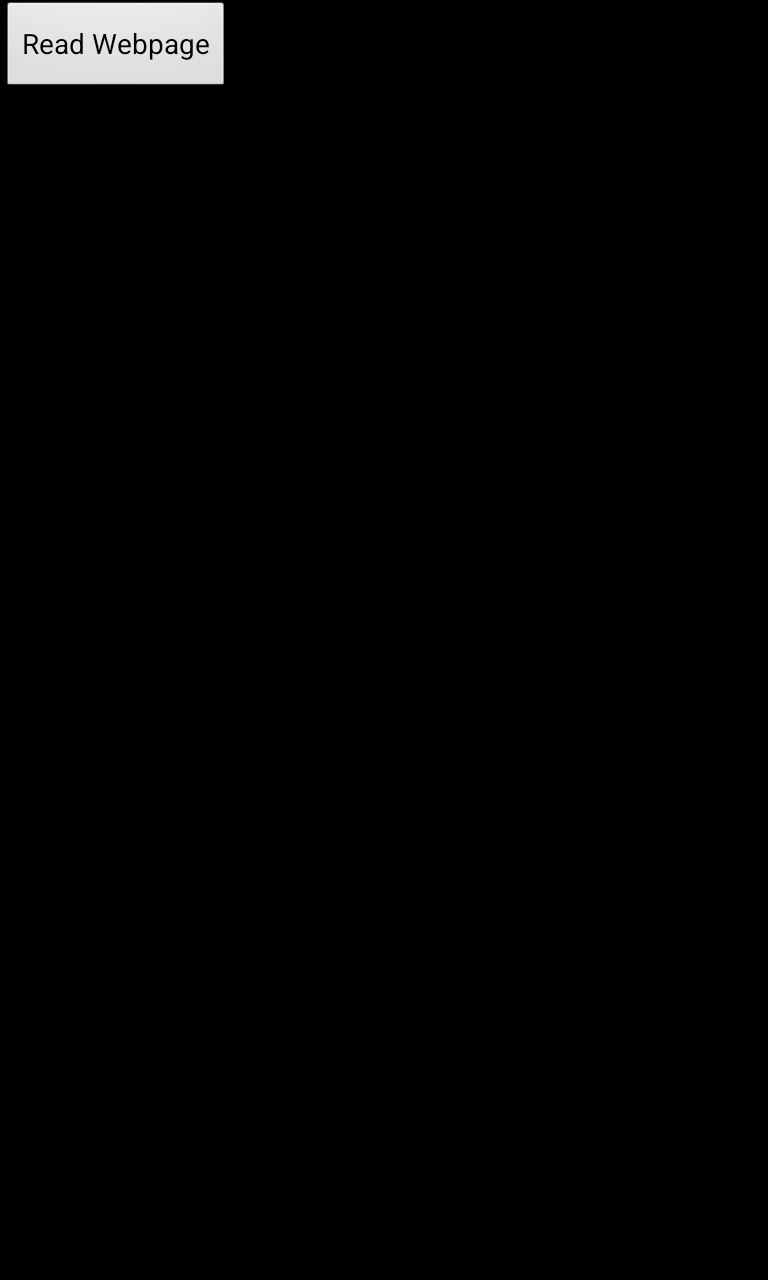
Repository: JerryScript-duplicate/BacksideUpdater
Layout: BacksideUpdater/res/layout/main.xml
These files come from the project's save history. The layout is drawn as it stood at one moment and after a run of saves; the edit follows.
It is drawn on a 768 x 1280 px phone screen (xhdpi) without system bars, with theme android:Theme; the app's code is not run.

Above is the layout before, as saved 2012-01-18 20:03:03.

After the next 2 saves:
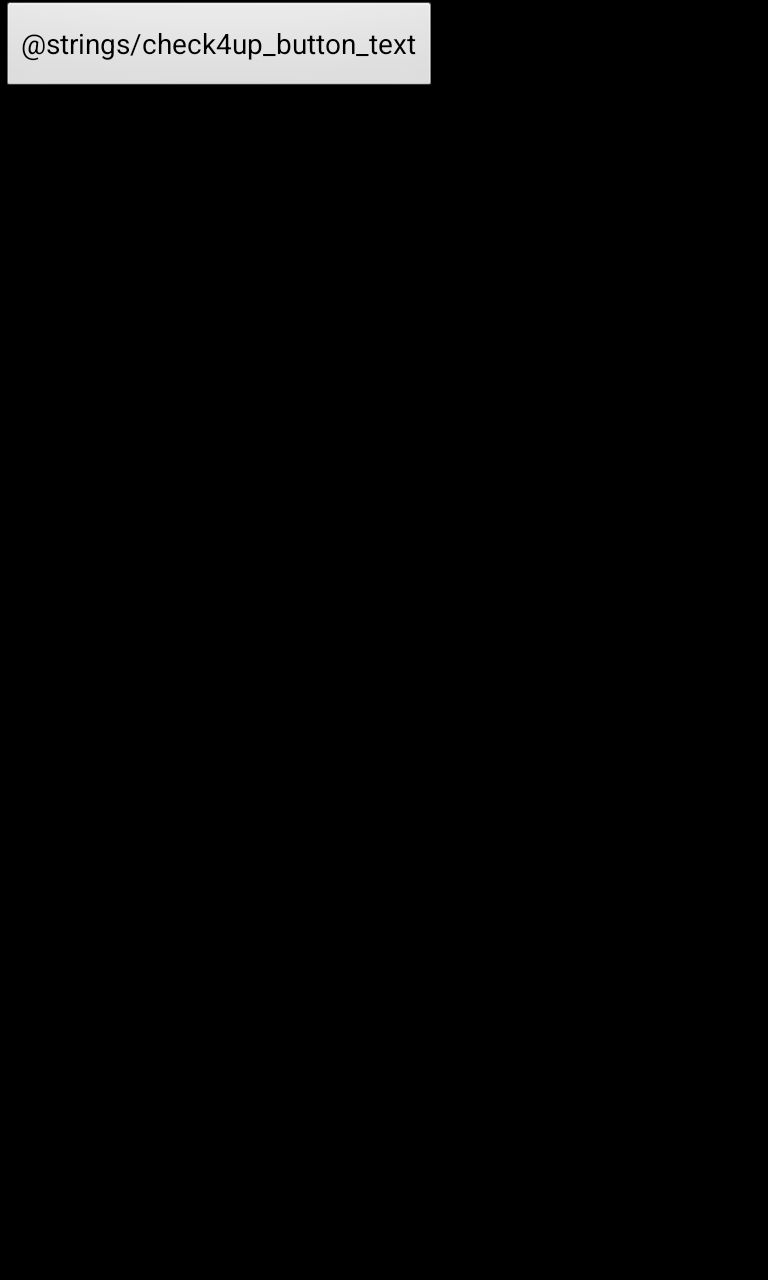
The 2 saves are shown as one change because 1 did not build or start.
The last was saved 82 s later.
--- a/BacksideUpdater/res/layout/main.xml
+++ b/BacksideUpdater/res/layout/main.xml
@@ -16,7 +16,7 @@
         android:layout_width="wrap_content"
         android:layout_height="wrap_content"
         android:onClick="myClickHandler"
-        android:text="Read Webpage" >
+        android:text="@strings/check4up_button_text" >
     </Button>
 
     <TextView
